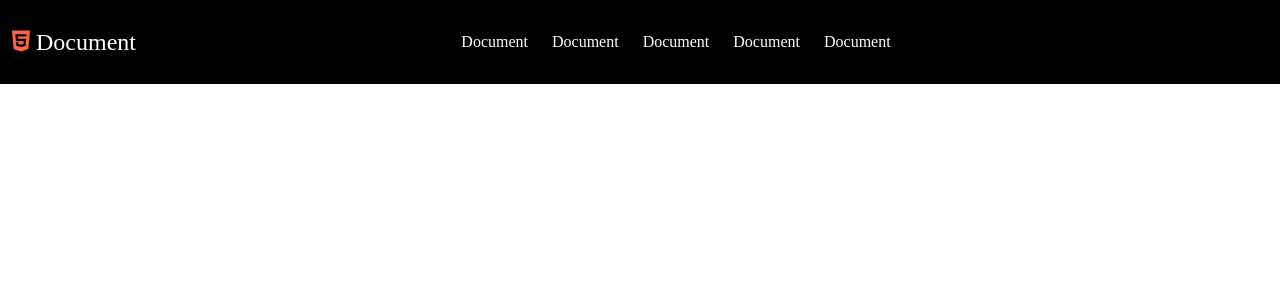
Repository: GoodHoneyCake/Dream_Coding_Academy2
Page: index.html
The author's editor kept a copy of each file at every save. The page is drawn from the files as they stood at one save, then again after the next save.
The browser window is 1280 px wide. The pictures show the whole page.
Some web libraries are served in a nearby version.

Above is the page before, as saved 2021-01-07 16:30:02.

### index.html
<!DOCTYPE html>
<html lang="en">
  <head>
    <meta charset="UTF-8" />
    <meta name="viewport" content="width=device-width, initial-scale=1.0" />
    <title>Document</title>
    <link rel="stylesheet" href="style.css" />
    <script
      src="https://kit.fontawesome.com/c90a48a564.js"
      crossorigin="anonymous"
    ></script>
  </head>
  <body>
    <nav class="navbar">
      <div class="navbar__logo">
        <i class="fab fa-html5"></i>
        <a href="">Document</a>
      </div>
      <ul class="navbar__menu">
        <li><a href="">Document</a></li>
        <li><a href="">Document</a></li>
        <li><a href="">Document</a></li>
        <li><a href="">Document</a></li>
        <li><a href="">Document</a></li>
      </ul>
      <ul class="navbar__icons">
        <li><i class="fab fa-html5"></i></li>
        <li><i class="fab fa-html5"></i></li>
      </ul>
    </nav>
  </body>
</html>

### style.css
body {
  margin: 0;
}

a {
  text-decoration: none;
  color: white;
}

.navbar {
  display: flex;
  justify-content: space-between;
  align-items: center;
  background-color: black;
  padding: 8px 12px;
}

.navbar__logo {
  font-size: 24px;
  color: white;
}

.navbar__logo i {
  color: tomato;
}

.navbar__menu {
  display: flex;
  list-style: none;
  padding-left: 0;
}

.navbar__menu li {
  padding: 8px 12px;
}

After the next save:
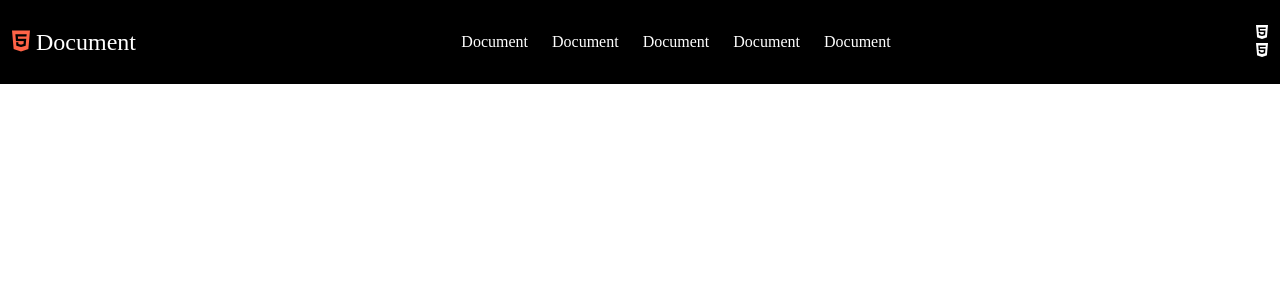
Saved 25 s later.
--- a/style.css
+++ b/style.css
@@ -33,3 +33,8 @@
 .navbar__menu li {
   padding: 8px 12px;
 }
+
+.navbar__icons {
+  list-style: none;
+  color: white;
+}
